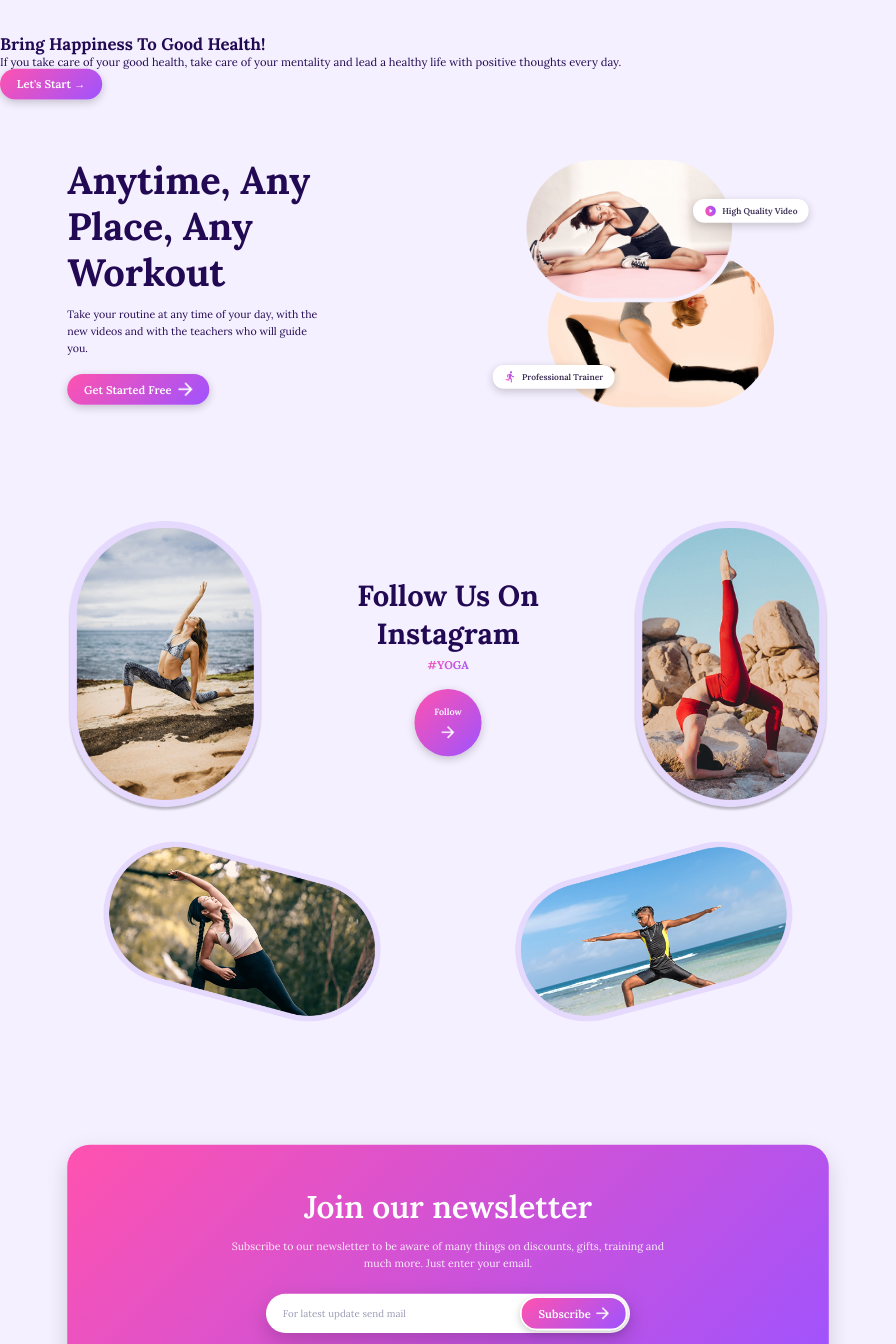
Repository: EunsuhJeon/responsive-yoga-website
Page: index.html
These files come from the project's save history. The page is drawn as it stood at one moment and after the next save; the edit follows.
The browser window is 1280 px wide. The pictures show the part of the page from y = 1026 to 2946 px (the page is 3412 px tall), at 70% of full size.

Above is the page before, as saved 2025-11-27 00:27:42.

After the next save:
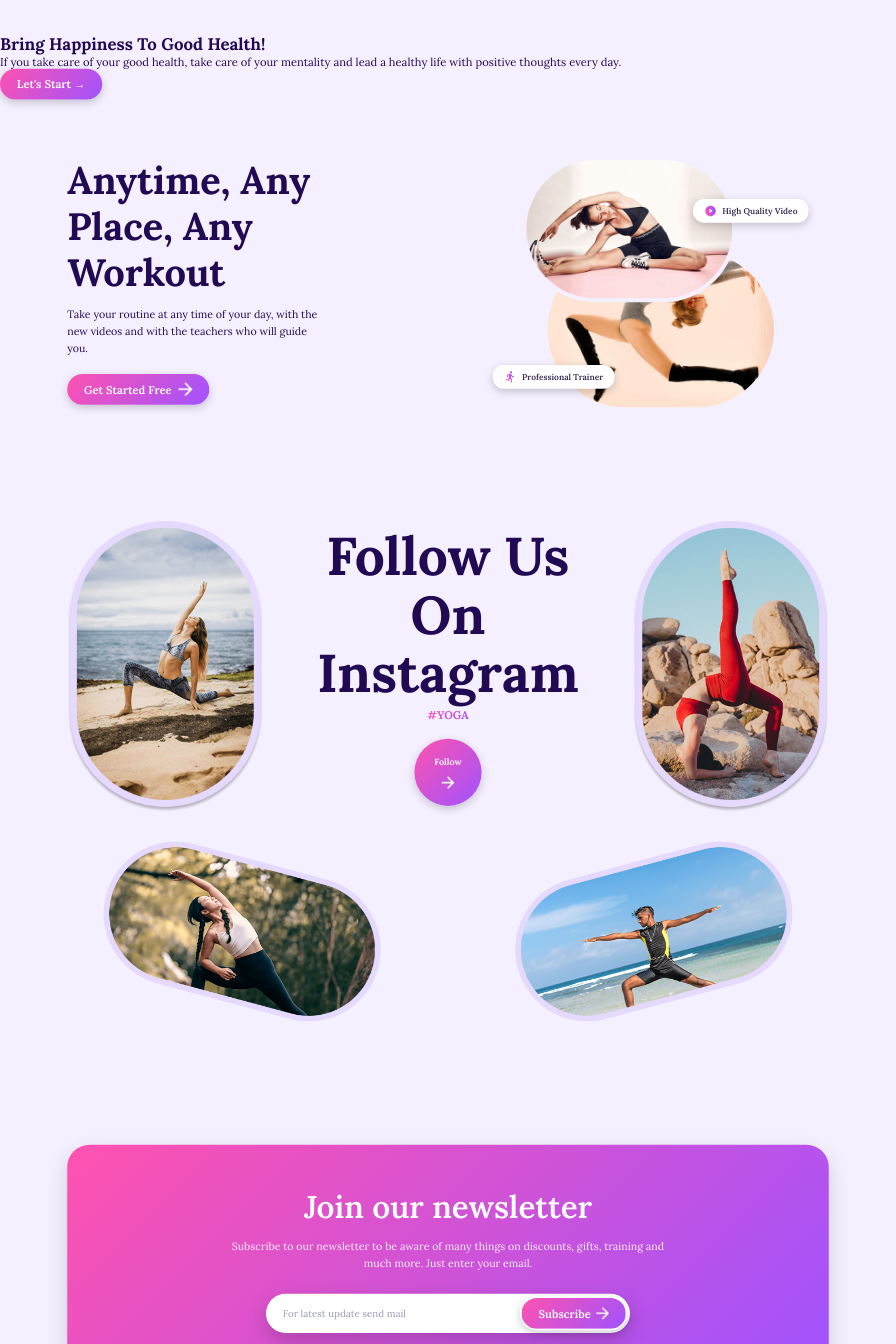
Saved 6 min 30 s later.
--- a/main.css
+++ b/main.css
@@ -622,8 +622,8 @@ header a{
 }
 
 .seccion-5-title {
-  font-size: clamp(2rem, 2.4vw + 1rem, 2.6rem);
-  line-height: 1.3;
+  font-size: clamp(2.5rem, 6vw + 0.5rem, 4.75rem);
+  line-height: 1.1;
   margin-bottom: 8px;
 }
 
